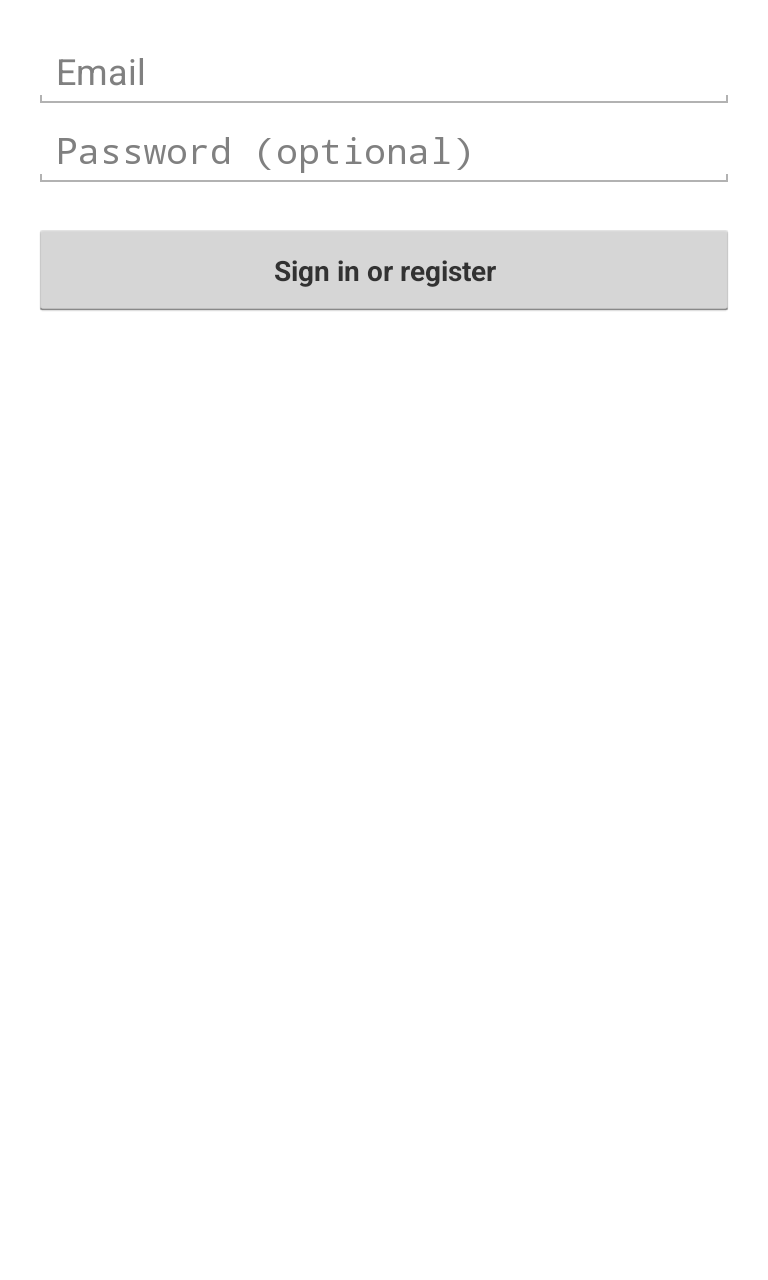
Repository: alex-berliner/ChallengeYourFriends
Layout: ChallengeYourFriends/res/layout/activity_login.xml
An editor plug-in stored every save of this project. The layout is shown before and after the next save, followed by the edit.
It is drawn on a 768 x 1280 px phone screen (xhdpi) without system bars, with theme AppTheme; the app's code is not run.

Above is the layout before, as saved 2014-10-06 18:04:39.

### ChallengeYourFriends/res/layout/activity_login.xml
<LinearLayout xmlns:android="http://schemas.android.com/apk/res/android"
    xmlns:tools="http://schemas.android.com/tools"
    android:layout_width="match_parent"
    android:layout_height="match_parent"
    android:gravity="center_horizontal"
    android:orientation="vertical"
    android:paddingBottom="@dimen/activity_vertical_margin"
    android:paddingLeft="@dimen/activity_horizontal_margin"
    android:paddingRight="@dimen/activity_horizontal_margin"
    android:paddingTop="@dimen/activity_vertical_margin"
    tools:context="com.cyf.challengeyourfriends.LoginActivity" >

    <!-- Login progress -->

    <ProgressBar
        android:id="@+id/login_progress"
        style="?android:attr/progressBarStyleLarge"
        android:layout_width="wrap_content"
        android:layout_height="wrap_content"
        android:layout_marginBottom="8dp"
        android:visibility="gone" />

    <ScrollView
        android:id="@+id/login_form"
        android:layout_width="match_parent"
        android:layout_height="match_parent" >

        <LinearLayout
            android:id="@+id/email_login_form"
            android:layout_width="match_parent"
            android:layout_height="wrap_content"
            android:orientation="vertical" >

            <AutoCompleteTextView
                android:id="@+id/email"
                android:layout_width="match_parent"
                android:layout_height="wrap_content"
                android:hint="@string/prompt_email"
                android:inputType="textEmailAddress"
                android:maxLines="1"
                android:singleLine="true" />

            <EditText
                android:id="@+id/password"
                android:layout_width="match_parent"
                android:layout_height="wrap_content"
                android:hint="@string/prompt_password"
                android:imeActionId="@+id/login"
                android:imeActionLabel="@string/action_sign_in_short"
                android:imeOptions="actionUnspecified"
                android:inputType="textPassword"
                android:maxLines="1"
                android:singleLine="true" />

            <Button
                android:id="@+id/email_sign_in_button"
                style="?android:textAppearanceSmall"
                android:layout_width="match_parent"
                android:layout_height="wrap_content"
                android:layout_marginTop="16dp"
                android:text="@string/action_sign_in"
                android:textStyle="bold" />
        </LinearLayout>
    </ScrollView>

</LinearLayout>

### ChallengeYourFriends/res/values/strings_activity_login.xml
<resources>

    <string name="title_activity_login">Sign in</string>

    <!-- Strings related to login -->
    <string name="prompt_email">Email</string>
    <string name="prompt_password">Password (optional)</string>
    <string name="action_sign_in">Sign in or register</string>
    <string name="action_sign_in_short">Sign in</string>
    <string name="error_invalid_email">This email address is invalid</string>
    <string name="error_invalid_password">This password is too short</string>
    <string name="error_incorrect_password">This password is incorrect</string>
    <string name="error_field_required">This field is required</string>

</resources>

Loaded but not shown: ChallengeYourFriends/res/values/styles.xml (common file); ChallengeYourFriends/res/values-v11/styles.xml (common file); ChallengeYourFriends/res/values-v14/styles.xml (common file); ChallengeYourFriends/res/values/dimens.xml (common file); ChallengeYourFriends/res/values-w820dp/dimens.xml (common file)

After the next save:
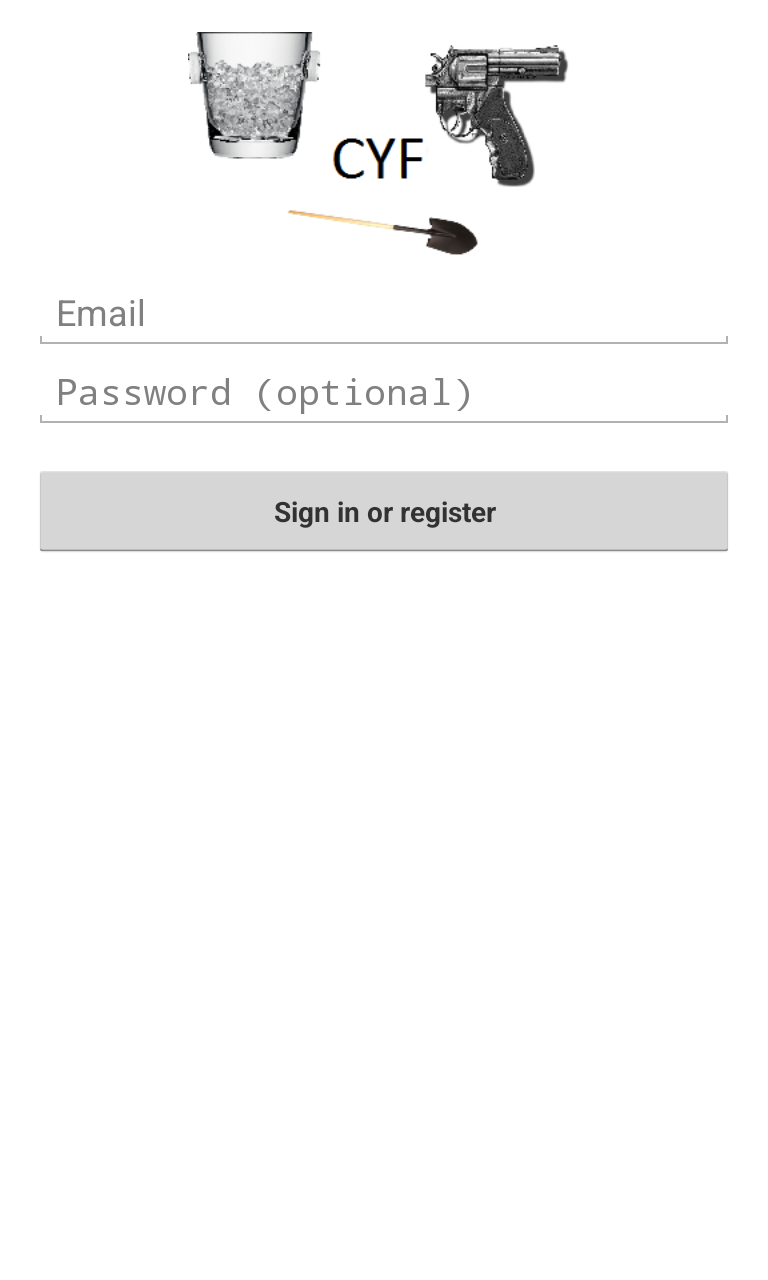
Saved 14 min 39 s later.
--- a/ChallengeYourFriends/res/layout/activity_login.xml
+++ b/ChallengeYourFriends/res/layout/activity_login.xml
@@ -11,6 +11,14 @@
     tools:context="com.cyf.challengeyourfriends.LoginActivity" >
 
     <!-- Login progress -->
+
+    <ImageView
+        android:id="@+id/imageView1"
+        android:layout_width="wrap_content"
+        android:layout_height="wrap_content"
+        android:layout_alignLeft="@+id/textView1"
+        android:layout_below="@+id/textView1"
+        android:src="@drawable/cyf" />
 
     <ProgressBar
         android:id="@+id/login_progress"
